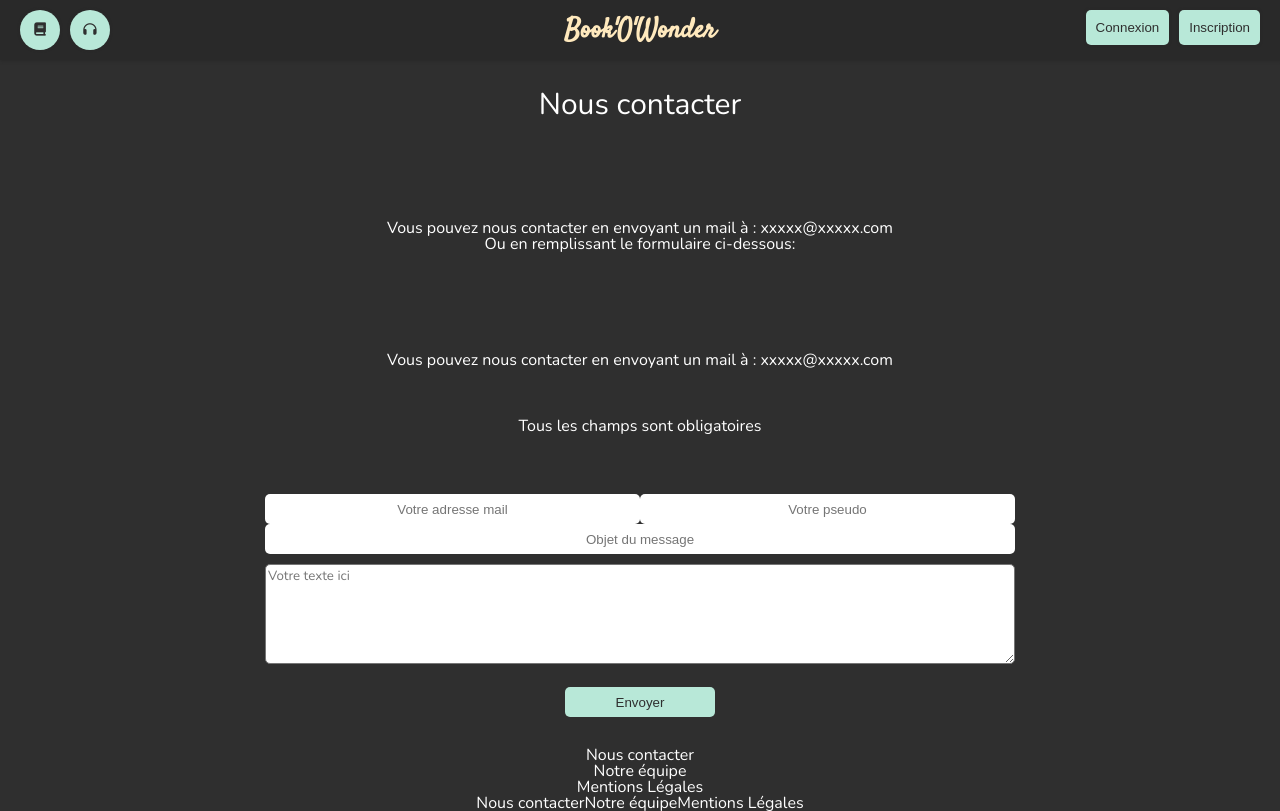
Repository: AnneLineC/book-o-wonder-front
Page: /contact
The author's editor kept a copy of each file at every save. The page is drawn from the files as they stood at one save, then again after a run of saves.
The browser window is 1280 px wide. The pictures show the whole page.
The page's requests for data from a server got no answer. Some web libraries are served in a nearby version. The project was rebuilt for these pictures with package versions that can differ from the ones it lists, and the page was loaded fresh each time. No one was signed in, and anything a server would have sent is missing. Also part of the build but not shown: src/components/HeaderApp/LoggedMenu/styles.scss, src/components/HeaderApp/LoggedMenu/index.js, src/components/BookCard/styles.scss, src/components/BookCard/index.js, src/components/HomePage/styles.scss, src/components/HomePage/index.js, src/components/LoginPage/styles.scss, src/components/LoginPage/index.js and 30 more.

Above is the page before, as saved 2021-12-21 10:48:27.

### public/index.html
<!DOCTYPE html>
<html lang="en">
  <head>
    <meta charset="utf-8" />
    <link rel="icon" href="%PUBLIC_URL%/favicon.ico" />
    <meta name="viewport" content="width=device-width, initial-scale=1" />
    <meta name="theme-color" content="#000000" />
    <meta
      name="description"
      content="Web site created using create-react-app"
    />
    <link rel="apple-touch-icon" href="%PUBLIC_URL%/logo192.png" />
    <!--
      manifest.json provides metadata used when your web app is installed on a
      user's mobile device or desktop. See https://developers.google.com/web/fundamentals/web-app-manifest/
    -->
    <link rel="manifest" href="%PUBLIC_URL%/manifest.json" />
    <!--
      Notice the use of %PUBLIC_URL% in the tags above.
      It will be replaced with the URL of the `public` folder during the build.
      Only files inside the `public` folder can be referenced from the HTML.

      Unlike "/favicon.ico" or "favicon.ico", "%PUBLIC_URL%/favicon.ico" will
      work correctly both with client-side routing and a non-root public URL.
      Learn how to configure a non-root public URL by running `npm run build`.
    -->
    <title>Book'O'Wonder</title>
    <script src="https://kit.fontawesome.com/1f90cd4d86.js" crossorigin="anonymous"></script>
  </head>
  <body>
    <noscript>You need to enable JavaScript to run this app.</noscript>
    <div id="root"></div>
  </body>
</html>

### src/store/index.js
import { createStore, applyMiddleware, compose } from 'redux';

import reducer from '../reducers';
import apiMiddleware from '../middlewares/api';

const composeEnhancers = window.__REDUX_DEVTOOLS_EXTENSION_COMPOSE__ || compose;

const enhancers = composeEnhancers(
  applyMiddleware(apiMiddleware),
);

const store = createStore(reducer, enhancers);

export default store;

### src/styles/index.scss
@use 'reset';
@use 'vars';

@font-face {
  font-family: 'Nunito';
  src: url('../assets/fonts/Nunito-VariableFont_wght.ttf');
  font-weight: normal;
  font-style: normal;
}

@font-face {
  font-family: 'Satisfy';
  src: url('../assets/fonts/Satisfy-Regular.ttf');
  font-weight: normal;
  font-style: normal;
}

html, body {
  max-width: 100%;
  overflow-x: hidden;
}

body {
  background-color: vars.$color--grey-dark;
  margin: 0;
  font-family: 'Nunito', sans-serif;
  color: white;

  &.reading-page {
    height: 100vh;
    overflow-y: hidden;
  }
}

button {
  color: vars.$color--grey-dark;
}

/* Hiding class, making content visible only to screen readers but not visually */
/* "sr" meaning "screen-reader" */
.sr-only:not(:focus):not(:active) {
  clip: rect(0 0 0 0);
  clip-path: inset(50%);
  height: 1px;
  overflow: hidden;
  position: absolute;
  white-space: nowrap;
  width: 1px;
}

button {
  color: vars.$color--grey-dark;
}

/* Hiding class, making content visible only to screen readers but not visually */
/* "sr" meaning "screen-reader" */
.sr-only:not(:focus):not(:active) {
  clip: rect(0 0 0 0);
  clip-path: inset(50%);
  height: 1px;
  overflow: hidden;
  position: absolute;
  white-space: nowrap;
  width: 1px;
}

### src/reducers/index.js
import { combineReducers } from 'redux';

import userReducer from './user';
import booksReducer from './books';
import displayReducer from './display';
import soundsReducer from './sounds';

const rootReducer = combineReducers({
  display: displayReducer,
  books: booksReducer,
  user: userReducer,
  sounds: soundsReducer,
});

export default rootReducer;

### src/components/ContactPage/index.js
import { useSelector, useDispatch } from 'react-redux';
import { Link } from 'react-router-dom';

import {
  setFieldValue, contactFormAttempt,
} from '../../actions';
import './styles.scss';

const ContactPage = () => {
  const dispatch = useDispatch();

  const nicknameValue = useSelector((state) => state.user.nicknameValue);
  const emailValue = useSelector((state) => state.user.emailValue);
  const objectValue = useSelector((state) => state.user.objectValue);
  const contentValue = useSelector((state) => state.user.textValue);
  const isSubmitted = useSelector((state) => state.display.registerForm.sent);
  const isError = useSelector((state) => state.display.registerForm.error);

  const handleInputNicknameChange = (event) => {
    dispatch(setFieldValue('nicknameValue', event.target.value));
  };

  const handleInputEmailChange = (event) => {
    dispatch(setFieldValue('emailValue', event.target.value));
  };

  const handleInputObjectChange = (event) => {
    dispatch(setFieldValue('objectValue', event.target.value));
  };

  const handleInputContentValueChange = (event) => {
    dispatch(setFieldValue('contentValue', event.target.value));
  };

  const handleSendFormSubmit = (event) => {
    event.preventDefault();
    console.log(contactFormAttempt);
    dispatch(contactFormAttempt());
  };

  return (
    <div className="contact-page">

      {!isSubmitted
      && (
      <div>
      <p className="contact-page__title">
        Nous contacter
      </p>

      <p className="contact-page__contact">
        Vous pouvez nous contacter en envoyant un mail à : xxxxx@xxxxx.com
      </p>
      Ou en remplissant le formulaire ci-dessous:
      <p className="contact-page__contact">
        Vous pouvez nous contacter en envoyant un mail à : xxxxx@xxxxx.com
      </p>
      <p className="contact-page__required">
        Tous les champs sont obligatoires
      </p>

      <form autoComplete="off" className="contact-page__form" onSubmit={handleSendFormSubmit}>
        <div className="contact-page__top">
          <label className="contact-page__label" htmlFor="email">
            <span className="sr-only">Email</span>
            <input
              className="contact-page__input"
              type="email"
              name="email"
              id="email"
              placeholder="Votre adresse mail"
              value={emailValue}
              onChange={handleInputEmailChange}
            />
          </label>

          <label className="contact-page__label" htmlFor="pseudo">
            <span className="sr-only">Pseudo</span>
            <input
              className="contact-page__input"
              type="text"
              name="nickname"
              id="nickname"
              placeholder="Votre pseudo"
              value={nicknameValue}
              onChange={handleInputNicknameChange}
            />
          </label>
        </div>

        <div className="contact-page__bottom">
          <label className="contact-page__labell" htmlFor="object">
            <span className="sr-only">Objet du message</span>
            <input
              className="contact-page__object"
              type="text"
              name="object"
              id="object"
              placeholder="Objet du message"
              value={objectValue}
              onChange={handleInputObjectChange}
            />
          </label>

          <label className="contact-page__labell" htmlFor="content">
            <span className="sr-only">Tapez votre message ici</span>
            <textarea
              cols="33"
              className="contact-page__textarea"
              name="content"
              id="content"
              placeholder="Votre texte ici"
              value={contentValue}
              onChange={handleInputContentValueChange}
            />
          </label>

          {isError && <p className="contact-page__error">Erreur survenue lors de l'envoi. Veillez vérifier vos champs.</p>}

          <button
            type="submit"
            className="contact-page__send"
          >
            Envoyer
          </button>
        </div>
      </form>
      </div>
      )}

        {isSubmitted
        && (
        <div className="contact-page__validation">
          <p className="contact-page__validation-title">
            Merci de votre message !
          </p>
          <p className="contact-page__validation-subtext">
            Merci pour votre message, nous y répondrons dès que possible
          </p>
          <Link to="/">
            <button
              type="submit"
              className="contact-page__home"
            >
              Retour à l'accueil
            </button>
          </Link>
        </div>
        )}

    </div>
  );
};
export default ContactPage;

### src/components/FooterApp/index.js
import './styles.scss';
import { Link } from "react-router-dom"

const FooterApp = () => (
  <footer>
    <ul>
        <ol><a href=""></a>Nous contacter</ol>
        <ol><a href=""></a>Notre équipe</ol>
        <ol><a href=""></a>Mentions Légales</ol>

        <Link to="/Nous_contacter">Nous contacter</Link>
        <Link to="/Notre_equipe">Notre équipe</Link>
        <Link to="/Mentions_Legales">Mentions Légales</Link>
    </ul>
  </footer>
);

export default FooterApp;

### src/styles/_reset.css
/* http://meyerweb.com/eric/tools/css/reset/ v2.0 | 20110126 */
html,
body,
div,
span,
applet,
object,
iframe,
h1,
h2,
h3,
h4,
h5,
h6,
p,
blockquote,
pre,
a,
abbr,
acronym,
address,
big,
cite,
code,
del,
dfn,
em,
img,
ins,
kbd,
q,
s,
samp,
small,
strike,
strong,
sub,
sup,
tt,
var,
b,
u,
i,
center,
dl,
dt,
dd,
ol,
ul,
li,
fieldset,
form,
label,
legend,
table,
caption,
tbody,
tfoot,
thead,
tr,
th,
td,
article,
aside,
canvas,
details,
embed,
figure,
figcaption,
footer,
header,
hgroup,
menu,
nav,
output,
ruby,
section,
summary,
time,
mark,
audio,
video {
  margin: 0;
  padding: 0;
  border: 0;
  font-size: 100%;
  font: inherit;
  vertical-align: baseline;
}

/* HTML5 display-role reset for older browsers */
article,
aside,
details,
figcaption,
figure,
footer,
header,
hgroup,
menu,
nav,
section {
  display: block;
}

body {
  line-height: 1;
}
ol,
ul {
  list-style: none;
}
blockquote,
q {
  quotes: none;
}

blockquote::before,
blockquote::after,
q:before,
q:after {
  content: '';
  content: none;
}
table {
  border-collapse: collapse;
  border-spacing: 0;
}

/* Améliorations */

html {
  box-sizing: border-box;
  font-size: 62.5%;
}

body {
  font-size: 1.6rem;
}

*,
*::before,
*::after {
  box-sizing: inherit;
}

a,
del,
ins {
  text-decoration: none;
}
a {
  color: inherit;
}

label,
button {
  cursor: pointer;
  background-color: transparent;
  border: 0;
  padding: 0;
}

input,
button {
  outline: 0;
  border: 0;
}

### src/styles/_vars.scss
// --------
// Colors :
// --------

// $color--*color*-*light/medium/dark*

$color--grey-dark: #2f2f2f;
$color--grey-very-dark: #292929;
$color--green-light: #b8e8d8;
$color--blue-light: #e1ecfe;
$color--yellow-light: #fffec5;
$color--orange-light: #ffe9bd;
$color--orange-medium: #e9ab9c;

// $gradient--*color*-*light/medium/dark*

$gradient--blue-light : linear-gradient(to bottom, #9ec0ff, #e8f1ff);
$gradient--yellow-light : linear-gradient(to bottom, #fed68e, #fef4db);
$gradient--green-light : linear-gradient(to bottom, #88d4ba, #d8f3ea);

// ---------
// General :
// ---------

$radius: 0.5rem;
$gutter: 1rem;

// -------------
// Breakpoints :
// -------------

$tablet: 700px;
$desktop: 1000px;

// -------
// Fonts :
// -------

$title-font: 'Satisfy', sans-serif;
$main-font: 'Nunito', sans-serif;

### src/reducers/sounds.js
import { SET_SOUNDS, SET_CURRENT_SOUND } from '../actions';

export const initialState = {
  musicsList: [],
  currentMusic: {
    id: 1,
    name: 'Lofi',
    music: 'https:/www.youtube.com/watch?v=5qap5aO4i9A',
    image: '',
    categories: [
      {
        id: 1,
        name: 'Fantasy',
      },
    ],
  },
};

const reducer = (state = initialState, action = {}) => {
  switch (action.type) {
    case SET_SOUNDS:
      return {
        ...state,
        musicsList: action.data,
      };
    case SET_CURRENT_SOUND:
      return {
        ...state,
        currentMusic: action.data,
      };
    default:
      return state;
  }
};

export default reducer;

### src/components/HeaderApp/LoginComponent/index.js
import LoginButtons from './LoginButtons';
import LoginMenu from './LoginMenu';
import './styles.scss';

const LoginComponent = () => (
  <div className="login-component">
    <LoginButtons />
    <LoginMenu />
  </div>
);

export default LoginComponent;

### src/components/HeaderApp/styles.scss
@use './../../styles/vars';
@use "sass:color";

.header-app {

    padding: vars.$gutter vars.$gutter*2;
    background-color: color.scale(vars.$color--grey-dark, $blackness: 80%);
    box-shadow: 1px 1px 3px color.scale(vars.$color--grey-dark, $blackness: 100%);
    position: sticky;
    min-height: 6rem;

    &__title {
        font-family: vars.$title-font;
        color: vars.$color--orange-light;
        font-size: 1.7em;
        font-weight: bold;
        display: flex;
        justify-content: flex-start;
        align-items: center;
        line-height: 1.6;
        z-index: -1;
    }

    &__element {
        float: right;
        margin-left: vars.$gutter;
    }

    &__icon {
        background-color: vars.$color--green-light;
        display: block;
        width: 4rem;
        height: 4rem;
        display: flex;
        align-items: center;
        justify-content: center;
        border-radius: 50%;
        color: vars.$color--grey-dark;
        box-shadow: 0 0 3px color.scale(vars.$color--grey-dark, $blackness: 100%);
        transition: 0.5s;

        &:hover {
            background-color: vars.$color--orange-medium;
        }
    }
}

@media screen and (min-width: vars.$tablet) {

    .header-app {

        &__element {
            &--audio-player {
                float: left;
                display: flex;
                align-items: center;
                justify-content: center;
            }
            &--categories {
                float: left;
                margin-left: 0;
                display: flex;
                align-items: center;
                justify-content: center;
            }
        }

        &__title {
            display: block;
            position: absolute;
            top: 1rem;
            text-align: center;
            width: calc(100% - (vars.$gutter * 4));
        }
    }
}

### src/components/ContactPage/styles.scss
@use "../../styles/vars";

.contact-page {
  &__title {
    margin-top: 3rem;
    font-size: 3rem;
  }

  &__form {
    display: flex;
    flex-direction: column;
    padding: vars.$gutter;
    margin-top: 5rem;
  }

  &__top {
    display: flex;
    flex-direction: column;
  }

  &__bottom {
    display: flex;
    flex-direction: column;
  }

  &__object {
    border-radius: vars.$radius;
    margin-bottom: 1rem;
    text-align: center;
    height: 3rem;
    width: 25rem;
    margin: 0rem auto 4rem auto;
  }

  &__label {
    margin-bottom: 1rem;
  }

  &__input {
    border-radius: vars.$radius;
    margin-bottom: 1rem;
    text-align: center;
    width: 25rem;
    height: 3rem;
    margin: 0rem auto 2rem auto;
  }

  &__textarea {
    height: 10rem;
    width: 25rem;
    margin: auto;
    border-radius: vars.$radius;
    font-family: inherit;
  }

  &__contact {
    margin-top: 10rem;
    margin-left: 2rem;
    margin-right: 2rem;
  }

  &__required {
    margin-top: 5rem;
  }

  &__send {
    background-color: vars.$color--green-light;
    height: 3rem;
    width: 15rem;
    margin: 2rem auto 2rem auto;
    border-radius: vars.$radius;
  }

  &__error {
    color: rgb(243, 104, 104);
    margin-bottom: 3rem;
  }

  &__home {
    background-color: vars.$color--green-light;
    height: 3rem;
    width: 15rem;
    margin: 2rem auto 2rem auto;
    border-radius: vars.$radius;
  }

  &__validation {
    height: 60vh;
    display: flex;
    flex-direction: column;
    align-items: center;
    justify-content: center;

    &-title {
      font-size: 2em;
      margin: vars.$gutter*2;
    }

    &-mail {
      font-weight: bold;
    }
  }
}

@media screen and (min-width: vars.$tablet) {
  .contact-page {
    &__top {
      display: flex;
      flex-direction: row;
    }

    &__bottom {
      margin-top: -3rem;
    }

    &__form {
      display: flex;
      align-items: center;
      padding: vars.$gutter;
      margin-top: 5rem;
    }

    &__input {
      height: 3rem;
      width: 31rem;

    }

    &__object {
      border-radius: vars.$radius;
      margin-bottom: 1rem;
      text-align: center;
      height: 3rem;
      width: 62rem;
      margin: 0rem auto 1rem auto;
    }

    &__textarea {
      height: 10rem;
      width: 62rem;
      margin: auto;
      border-radius: vars.$radius;
    }
  }
}

@media screen and (min-width: vars.$desktop) {
  .contact-page {
    &__object {
      border-radius: vars.$radius;
      margin-bottom: 1rem;
      text-align: center;
      height: 30px;
      width: 750px;
      margin: 0rem auto 1rem auto;
    }

    &__textarea {
      height: 10rem;
      width: 750px;
      margin: auto;
      border-radius: vars.$radius;
    }

    &__input {
      width: 375px;
    }

    &__top {
      display: flex;
      flex-direction: row;
    }

    &__bottom {
      display: flex;
      flex-direction: column;
    }
  }
}

### src/components/ConnexionMenu/styles.scss
@use './../../styles/vars';
@use "sass:color";


.connexion-menu {
    &__item {
        border-top: 1px solid color.scale(vars.$color--grey-dark, $lightness: 15%);
        padding: vars.$gutter * 1.5;
    }
}

### src/components/ConnectedMenu/styles.scss
@use './../../styles/vars';
@use "sass:color";


.connected-menu {
    &__item {
        border-top: 1px solid color.scale(vars.$color--grey-dark, $lightness: 15%);
        padding: vars.$gutter * 1.5;
    }
}

### src/components/MediaPlayer/styles.scss
@use './../../styles/vars';

.player {
  max-width: 33rem;
  margin: auto;
  display: flex;
  flex-direction: column;
  max-height: 80vh;
}

.infos {

  &__picture {
    margin: auto;
    height: 20rem;
    background-position: center;
    background-size: cover;
    border-radius: vars.$radius;
    position: relative;
  }

  &__content {
    position: absolute;
    bottom: 0;
    width: 100%;
    padding: vars.$gutter;
    display: flex;
    justify-content: space-between;
    align-items: center;
    margin-top: vars.$gutter;
  }

  &__left {
    display: flex;
    align-items: center;
  }

  &__right {
    display: flex;
    // flex-direction: column;
  }

  &__title {
    font-weight: bold;
    margin-left: vars.$gutter;
  }

  &__category {
    display: flex;
    align-items: center;
    background-color: vars.$color--orange-light;
    padding: 0.5rem;
    color: vars.$color--grey-dark;
    border-radius: vars.$radius;
    font-size: 0.7em;
    margin: 0.2rem;
  }

  &__playpause {
    background-color: vars.$color--blue-light;
    width: 4rem;
    height: 4rem;
    display: flex;
    justify-content: center;
    align-items: center;
    border-radius: 50%;
    flex-shrink: 0;
  }
}

.controls {
  margin-top: vars.$gutter;
  display: flex;
  justify-content: center;

  &__volume {
    display: flex;

    &-text {
      margin-right: vars.$gutter;
    }
  }
}

.music-list {
  margin-top: vars.$gutter*3;
  padding-right: vars.$gutter;
  flex: 1;
  overflow-y: auto;

  &::-webkit-scrollbar {
    width: 12px;               /* width of the entire scrollbar */
  }

  &::-webkit-scrollbar-track {
      background: #1d1d1d;        /* color of the tracking area */
  }

  &::-webkit-scrollbar-thumb {
      background-color: #575757;    /* color of the scroll thumb */
      border-radius: 20px;       /* roundness of the scroll thumb */
      border: 3px solid #1d1d1d ;  /* creates padding around scroll thumb */
  }
}

### src/components/HeaderApp/LoginComponent/LoginButtons/index.js
import { NavLink } from 'react-router-dom';
import './styles.scss';

const LoginButtons = () => (
  <div className="login-buttons">
    <NavLink to="/connexion">
      <button
        className="login-buttons__button login-buttons__button--signin"
        type="button"
      >
        Connexion
      </button>
    </NavLink>

    <NavLink to="/inscription">
      <button
        className="login-buttons__button login-buttons__button--signup"
        type="button"
      >
        Inscription
      </button>
    </NavLink>
  </div>
);

export default LoginButtons;

### src/components/HeaderApp/LoginComponent/LoginMenu/index.js
import { useDispatch } from 'react-redux';
import { setDisplay } from '../../../../actions';

import './styles.scss';

const LoginMenu = () => {
  const dispatch = useDispatch();
  const handleLinkClick = (name) => {
    dispatch(setDisplay(name));
  };
  return (
    <button
      type="button"
      className="login-menu"
      onClick={
      () => {
        handleLinkClick('connexionMenu');
      }
    }
    >
      <span className="login-menu__text sr-only">Menu de connexion</span>
      <span className="login-menu__icon header-app__icon"><i className="far fa-user" /></span>
    </button>
  );
};

export default LoginMenu;

### src/components/Modal/styles.scss
@use './../../styles/vars';
@use "sass:color";


.menu-list {
    position: fixed;
    top: 0;
    left: 0;
    width: 100%;
    height: 100vh;
    padding: vars.$gutter*8 vars.$gutter*3 vars.$gutter*3;
    overflow: hidden;
    background-color: color.scale(vars.$color--grey-dark, $blackness: 80%);
    z-index: 100;
    transition: transform 1s;
    transform: translateX(100%);
    box-shadow: 0 0 3px black;

    &--open {
        transform: translateX(0);
    }

    &__close-icon {
        position: absolute;
        top: 0;
        right: 0;
        padding: vars.$gutter * 3;
        font-size: 1.2em;
        color: vars.$color--orange-light;
    }
}

@media only screen and (min-width: vars.$tablet) {
    .menu-list {
        top: 0;
        left: auto;
        right: 0;
        width: 40rem;
        transform: translateX(41rem);

        &--left {
            top: 0;
            left: 0;
            right: auto;
            width: 40rem;
            transform: translateX(-41rem);
        }

        &--open {
            transform: translateX(0);
        }
    }

}

### src/components/HeaderApp/LoginComponent/LoginButtons/styles.scss
@use './../../../../styles/vars';
@use "sass:color";

.login-buttons {
    display: none;

    &__button {
        background-color: vars.$color--green-light;
        padding: vars.$gutter;
        border-radius: vars.$radius;
        margin-left: vars.$gutter;
        box-shadow: 0 0 3px color.scale(vars.$color--grey-dark, $blackness: 100%);
        // font-weight: bold;
    }
}

@media screen and (min-width: vars.$desktop) {
    .login-buttons {
        display: block;
    }
}

### src/components/HeaderApp/LoginComponent/LoginMenu/styles.scss
@use './../../../../styles/vars';

@media screen and (min-width: vars.$desktop) {
    .login-menu {
        display: none;
    }
}

Loaded but not shown: src/reportWebVitals.js (common file); src/components/App/styles.scss (common file); src/middlewares/api.js (387 lines, source omitted); src/actions/index.js (299 lines, source omitted); src/components/MediaPlayer/index.js (114 lines, source omitted); src/components/App/index.js (78 lines, source omitted); src/reducers/user.js (101 lines, source omitted); src/reducers/display.js (85 lines, source omitted); src/components/ConnectedMenu/index.js (64 lines, source omitted); src/components/HeaderApp/index.js (49 lines, source omitted); src/components/CategoriesMenu/index.js (49 lines, source omitted); src/reducers/books.js (57 lines, source omitted); src/components/Modal/index.js (47 lines, source omitted); src/components/ConnexionMenu/index.js (41 lines, source omitted); src/index.js (24 lines, source omitted); src/components/HeaderApp/LoginComponent/styles.scss (no stored copy; drawn as an empty file)

After the next 2 saves:
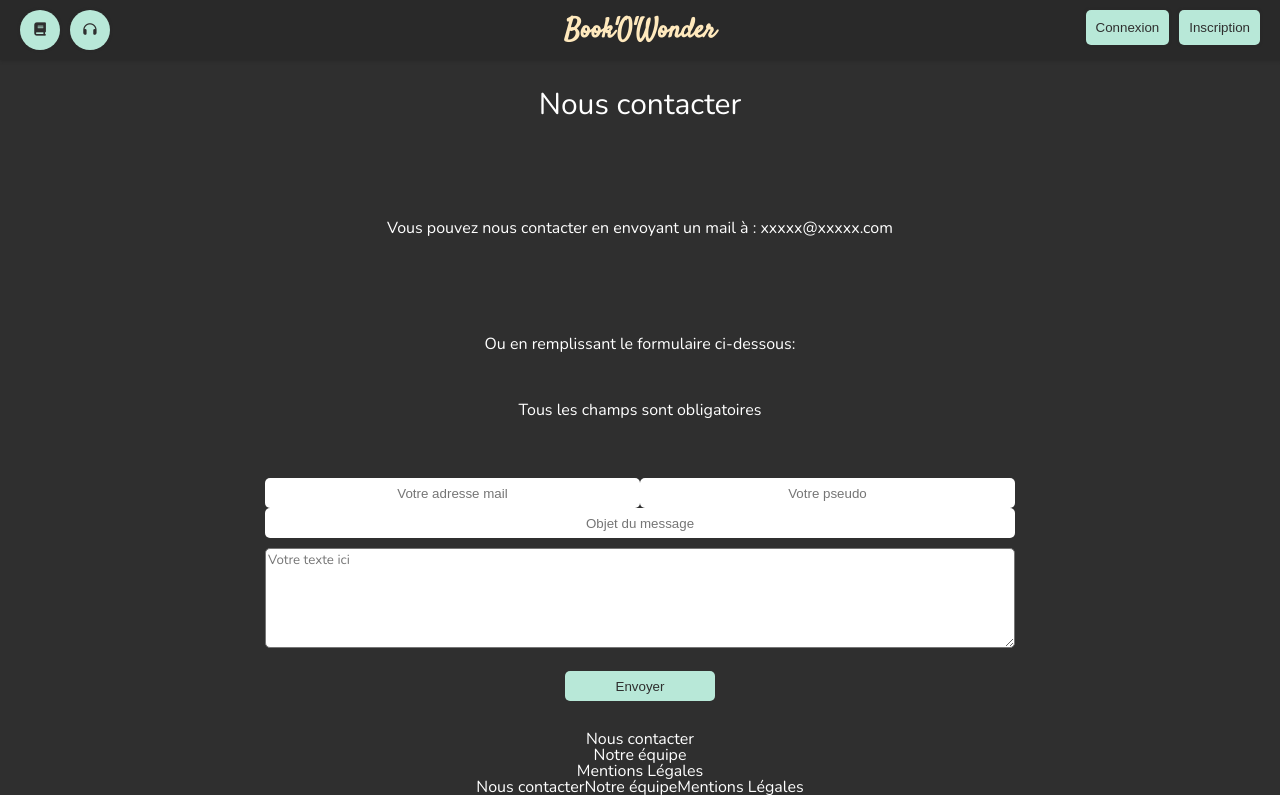
The 2 saves are shown as one change because they came seconds apart.
The last was saved 7 s later.
--- a/src/components/ContactPage/index.js
+++ b/src/components/ContactPage/index.js
@@ -51,9 +51,9 @@
       <p className="contact-page__contact">
         Vous pouvez nous contacter en envoyant un mail à : xxxxx@xxxxx.com
       </p>
+
+      <p className="contact-page__contact">
       Ou en remplissant le formulaire ci-dessous:
-      <p className="contact-page__contact">
-        Vous pouvez nous contacter en envoyant un mail à : xxxxx@xxxxx.com
       </p>
       <p className="contact-page__required">
         Tous les champs sont obligatoires
